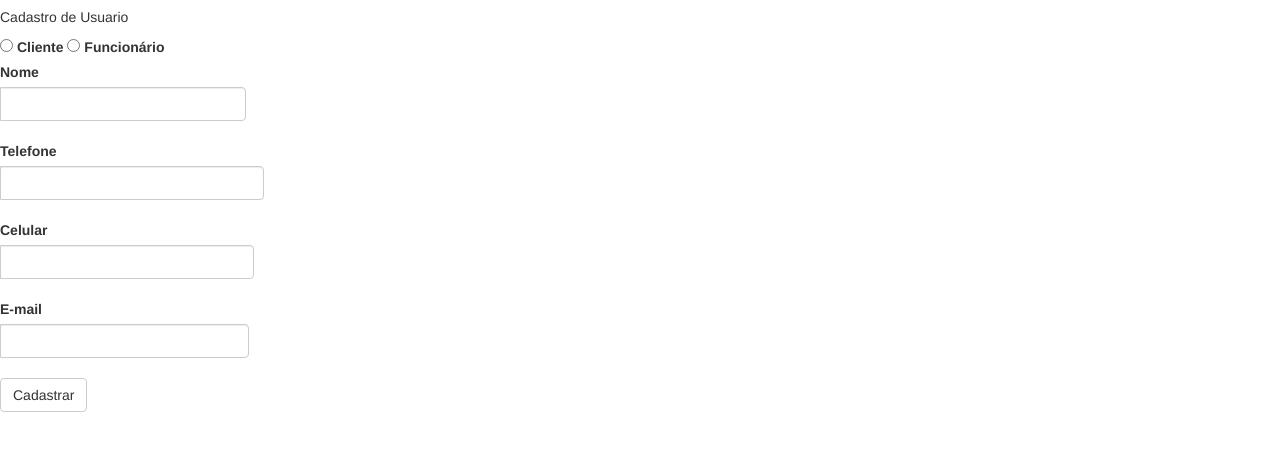
Repository: cadupedrassani/CursoDeJava
Page: Avaliação/BaseAPI/WebApp/src/main/webapp/usuario/cadastro.html
These files come from the project's save history. The page is drawn as it stood at one moment and after the next save; the edit follows.
The browser window is 1280 px wide. The pictures show the whole page.

Above is the page before, as saved 2016-12-07 16:57:57.

### Avaliação/BaseAPI/WebApp/src/main/webapp/usuario/cadastro.html
<!DOCTYPE html>
<html>
<head>
<meta charset="UTF-8">
<title>Insert title here</title>
<link rel="stylesheet" href="/WebApp/resources/css/bootstrap.min.css">
</head>
<body>
<div>
	<h5>Cadastro de Usuario</h5>
</div>

<div>
<label>
	<input type="radio" name="tipo-usuario" value="0"> Cliente
</label>
<label>
	<input type="radio" name="tipo-usuario" value="1"> Funcionário
</label>
</div>

<div class="input-group">
	<label>Nome</label>
	<input id="nome-usuario"
	       type="text"
	       class="form-control"></input>
</div>
</br>

<div class="input-group">
	<label>Telefone</label>
	<input id="telefone-usuario"
	       type="text"
	       class="form-control"></input>
</div>
</br>

<div class="input-group">
	<label>Celular</label>
	<input id="celular-usuario"
	       type="text"
	       class="form-control"></input>
</div>
</br>

<div class="input-group">
	<label>E-mail</label>
	<input id="email-usuario"
	       type="text"
	       class="form-control"></input>
</div>
</br>

<div class="input-group">
	<button id="cadastrar"
	        type="button"
	        class="btn btn-default gold"
	        onclick="cadastrarUsuario();">Cadastrar</button>
</div>

<div id="modal-mensagens" class="modal fade" tabindex="-1" role="dialog">
	<div class="modal-dialog" role="document">
		<div class="modal-content">
			<div class="modal-header">
				<h5 id="modal-title" class="modal-title"></h5>
			</div>
			<div class="modal-body">
				<label id="modal-mensagem"></label>
			</div>
			<div class="modal-footer">
				<button type="button"
						class="btn btn-default gold"
						data-dismiss="modal">OK</button>
			</div>
		</div>
	</div>
</div>

<script src="/WebApp/resources/js/jquery.min.js"></script>
<script src="/WebApp/resources/js/bootstrap.min.js"></script>
<script src="/WebApp/resources/js/default.js"></script>
<script src="/WebApp/resources/js/usuario.js"></script>

</body>
</html>

### Avaliação/BaseAPI/WebApp/src/main/webapp/resources/js/default.js

function abrirTelaCadastroCategoria(){
	var url = "/WebApp/categoria/cadastro.html";
	$.get(url, '', function(data){
		$('#conteudo-principal').html(data);
	})
}

function abrirTelaPesquisaCategoria(){
	var url = "/WebApp/categoria/pesquisa.html";
	$.get(url, '', function(data){
		$('#conteudo-principal').html(data)
	})
}


function abrirTelaCadastroEndereco(){
	var url = "/WebApp/endereco/cadastro.html";
	$.get(url, '', function(data){
		$('#conteudo-principal').html(data);
	})
}

function abrirTelaCadastroFilme(){
	var url = "/WebApp/filme/cadastro.html";
	$.get(url, '', function(data){
		$('#conteudo-principal').html(data);
	})
}

function abrirTelaCadastroUsuario(){
	var url = "/WebApp/usuario/cadastro.html";
	$.get(url, '', function(data){
		$('#conteudo-principal').html(data);
	})
}

Loaded but not shown: Avaliação/BaseAPI/WebApp/src/main/webapp/resources/css/bootstrap.min.css (library); Avaliação/BaseAPI/WebApp/src/main/webapp/resources/js/jquery.min.js (library); Avaliação/BaseAPI/WebApp/src/main/webapp/resources/js/bootstrap.min.js (library); Avaliação/BaseAPI/WebApp/src/main/webapp/resources/js/usuario.js (no copy from this time; the picture is the same without it)

After the next save:
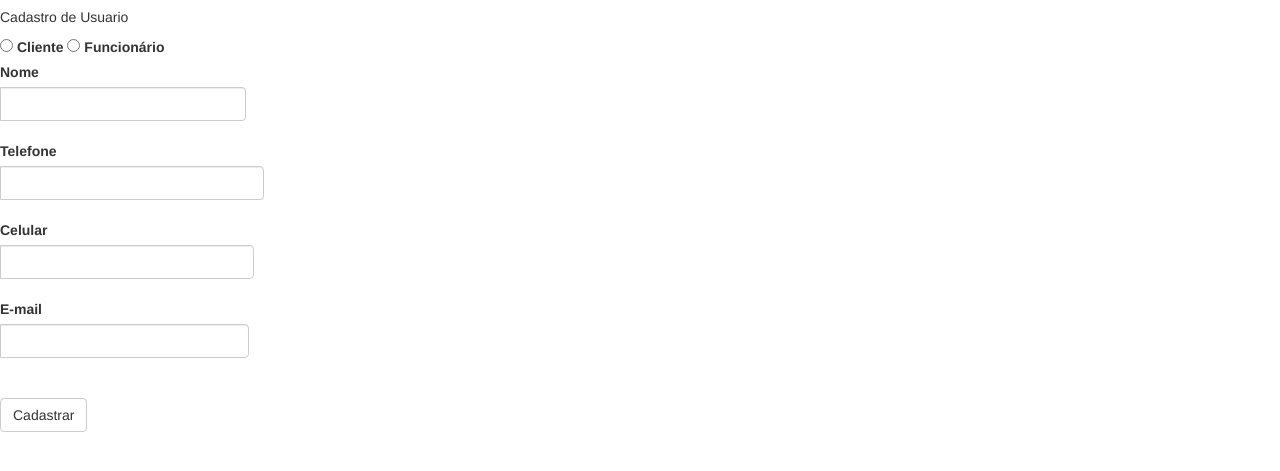
Saved 76 s later.
--- a/Avaliação/BaseAPI/WebApp/src/main/webapp/usuario/cadastro.html
+++ b/Avaliação/BaseAPI/WebApp/src/main/webapp/usuario/cadastro.html
@@ -52,6 +52,11 @@
 </br>
 
 <div class="input-group">
+	<div id="endereco-filme-container" />
+</div>
+</br>
+
+<div class="input-group">
 	<button id="cadastrar"
 	        type="button"
 	        class="btn btn-default gold"
